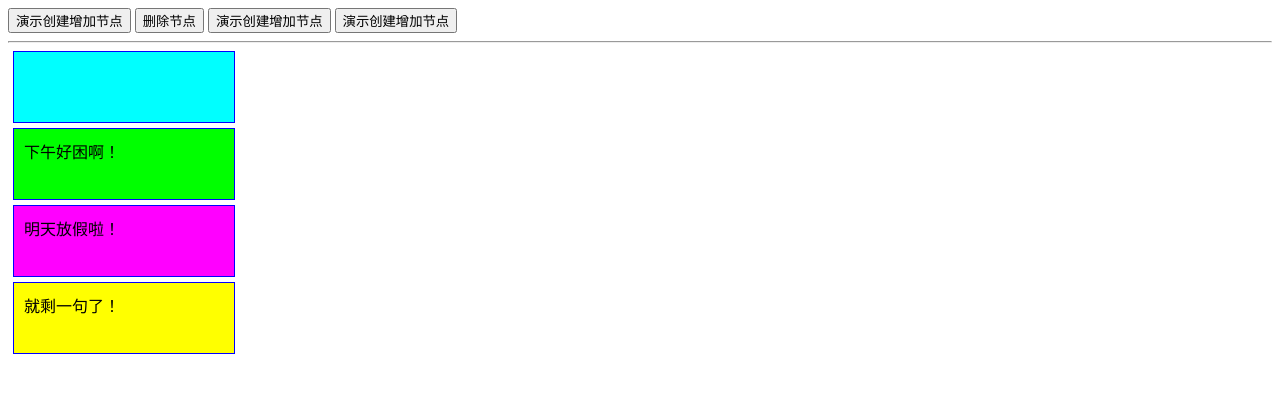
Repository: tangchengjingwen/javaLearningCode
Page: javaLearningCode/day31_html/crud_node.html
These files come from the project's save history. The page is drawn as it stood at one moment and after the next save; the edit follows.
The browser window is 1280 px wide. The pictures show the whole page.
After loading, the first visible `input[onclick="delNode()"]` was clicked once.

Above is the page before, as saved 2012-05-15 06:09:40.
Console error: TypeError: divNode.removeNode is not a function

After the next save:
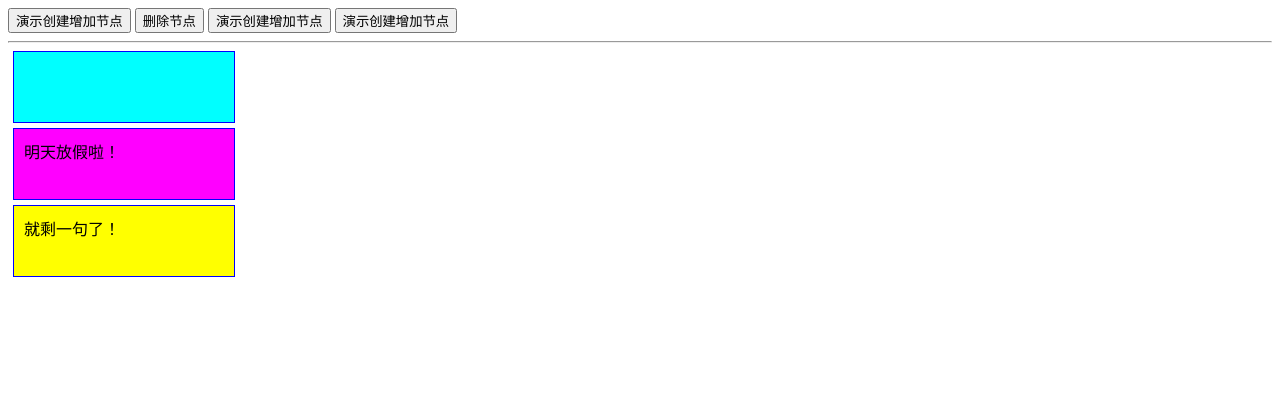
The error is gone.
Saved 2 min 5 s later.
--- a/javaLearningCode/day31_html/crud_node.html
+++ b/javaLearningCode/day31_html/crud_node.html
@@ -62,8 +62,9 @@
 			//获取要删除的节点。
 			var divNode = document.getElementById("div_2");
 
-			divNode.removeNode(true);
+//			divNode.removeNode(true);
 
+			divNode.parentNode.removeChild(divNode);
 
 		}
 		</script>
